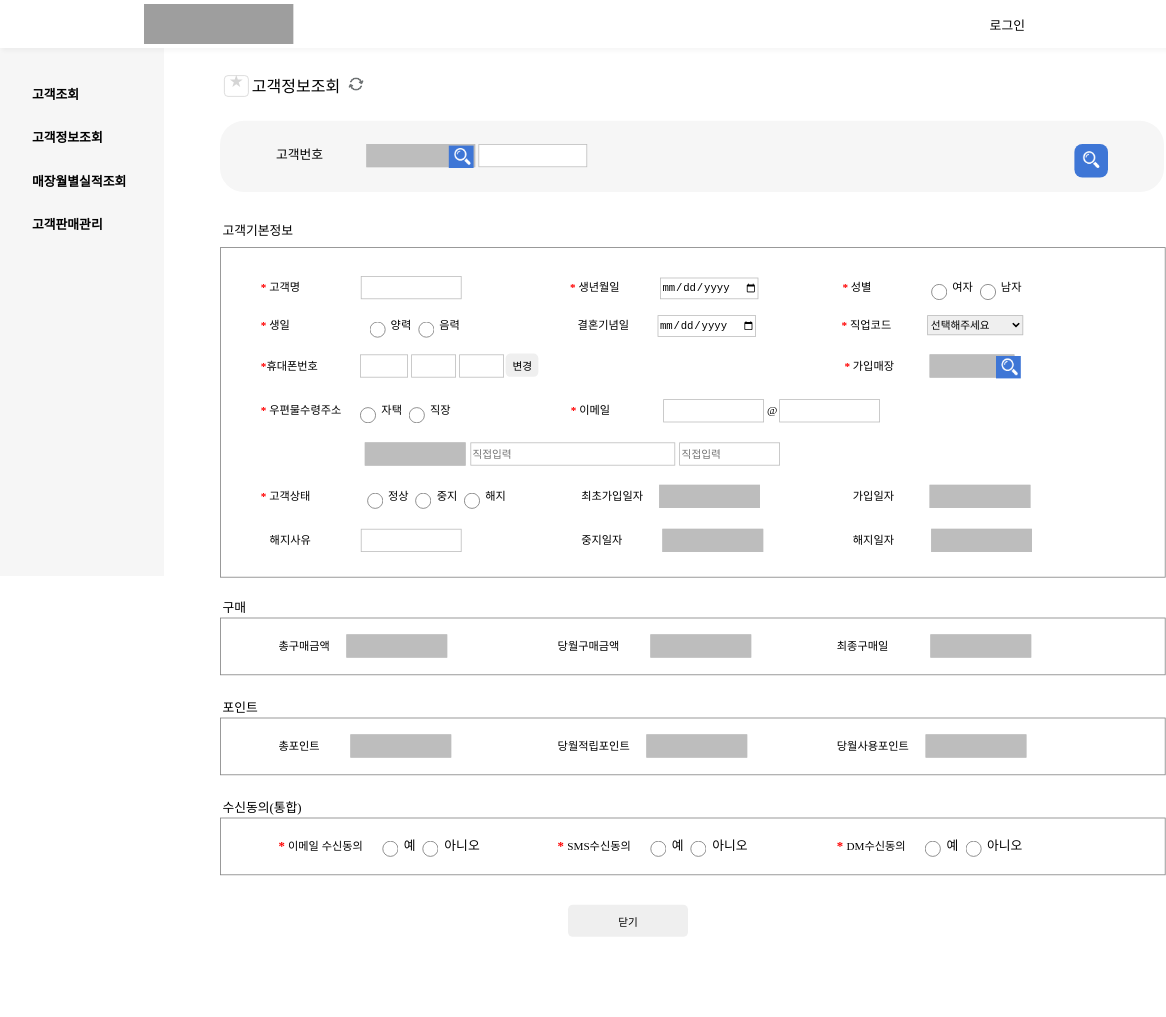
Repository: HyunyoungA/managementSystem
Page: http://localhost/DowellCommunity/WEB-INF/views/member/custInfo.jsp
The author's editor kept a copy of each file at every save. The page is drawn from the files as they stood at one save, then again after the next save.
The browser window is 1280 px wide. The page is 1457 px wide, so the pictures cover 1457 px, including what lies to the right of the window. The pictures show the whole page, at 80% of full size.
Pictures or frames that could not be fetched are drawn as grey boxes. The page is served by Tomcat 9. Nobody is signed in. Other server files are loaded and not shown. The template is opened directly, without the code that normally fills it, so the values that code supplies are empty.

Above is the page before, as saved 2022-10-27 07:02:24.

### DowellCommunity/src/main/webapp/resources/CSS/custInfo.css
@charset "UTF-8";

/* body여백 없애기 */
body{
	margin: 0;
	padding: 0;
}
.star{
	display: table-cell;
	vertical-align: middle;
	font-size: 21px;
	color: #D5D5D5;
	padding: 5px;
}
.starBox{
	border-radius: 5px;
	border: 1px solid;
	margin-left: 5px;
	width: 20px;
	height: 20px;
	display: inline;
	font-size: 23px;
	color: #D5D5D5;
}
.Title{
	font-size: 20px;
}
.Refresh{
	filter: opacity(0.5) drop-shadow(0 0 0 #B8C6CC);
	width: 20px;
	height: 20px;
}
.Wrap {
    margin-left: 190px;
    position: relative;
    padding: 85px 85px 35px 85px;
}
/* 상단검색박스 */
.SearchBox {
    border-radius: 30px;
    padding: 6px 40px 0;
    width: 1100px;
    margin: auto;
    height: 83px;
    background-color: #F6F6F6;
    margin-top: 30px;
}
#Search_but_sale{
	margin-left: 869px;
    margin-top: 1.5px;
    position: absolute;
    left: 376px;
    background-color: #3E76D6;
    border-style: none;
    width: 31px;
    height: 28px;
}
#Search_but_sale:hover{
	cursor: pointer;
}
#Search_but_cust {
	margin-left: -37px;
    position: absolute;
    background-color: #3E76D6;
    border-style: none;
    width: 31px;
    height: 28px;
    margin-top: 2px;
}
#Search_but_cust:hover{
	cursor: pointer;
}
.Text_space{
	margin-right: 50px;
}
.essential{
	color: red;
	font-weight: 700;
}
.Text_box{
	height: 25px;
	width: 130px;
	border: 1px solid #BDBDBD;
	background-color: white;
}
#saleMonth-list{
	height: 28px;
    width: 136px;
}
.Text_date{
	height: 25px;
	width: 90px;
	border: 1px solid #BDBDBD;
	background-color: white;
}
#wrap_s{
	margin-left: 122px;
}
/* 검색버튼 */
#Search_but{
	width: 42px;
	height: 42px;
	float: right;
	background-color: #3E76D6;
	border: none;
	border-radius: 10px;
	cursor: pointer;
}
#Search_but:hover{
	cursor: pointer;
}
.total_search{
	filter: brightness(0) invert(1);
	width: 30px;
	height: 21px;
	margin: 2px -4px;
}
.wrap_mg{
    padding: 23px 30px 20px 30px;
}
.radio_check{
	vertical-align: text-top;
	width: 20px;
	height: 20px;
}
.Text_space_s{
	margin-right: 10px;
}
/* 신규버튼 */
.new_registration{
    width: 100px;
    height: 30px;
    float: right;
    margin-right: 78px;
    margin-bottom: 20px;
    border-style: none;
    border-radius: 5px;
}
.new_registration:hover{
	cursor: pointer;
	background-color: #E61200;
	color: white;
}
#date{
	width: 90px;
}
/* 고객기본정보표 */
#sale-table {
	font-size: 14px;
	margin-bottom: 24px;
	margin-top: 10px;
    padding-top: 25px;
    display: block;
    border: 1px solid gray;
    width: 1180px;
    margin-left: 275px;
    height: 386px;
}
/* 구매표 */
#buy-table {
    margin-bottom: 27px;
    margin-top: 2px;
    display: block;
    border: 1px solid gray;
    width: 1180px;
    margin-left: 275px;
    height: 70px;
}
thead {
	display:block;
    width:100%;
}

table thead tr {
	display:table;
    table-layout:fixed;
    width:100%;
}

tbody {
	width: 100%;
	display: block;
    height: 18rem;
}

tbody tr {
    width: 100%;
	display: table;
    table-layout: fixed;
}

tbody th{
	background-color: gray;
}
table thead th{
    background-color: #E61200;
    color: white;
}
th, td {
	border: 1px solid #444444;
	background-color: white;

}
.CustNum{
	width: 120px;
}
.CustNum-td{
	width: 120px;
	background-color: white;
}
.CustDetail{
	width: 120px;
}
.CustDetail-td{
	width: 120px;
	background-color: white;
}
.dateDay{
    text-align: center;
	width: 80px;
}
.joinDate{
	text-align: center;
    width: 130px;
}
.SaleInfo{
	width: 110px;
}
.Cust{
	width: 140px;
}
.dateSum{
	position: sticky;
    width: 180px;
    min-width: 180px;
    max-width: 180px;
    right: 0;
}
#saleSum{
	background-color: white;
}
#SumFix{
	text-align: center;
	position: sticky;
	left: 166px;
	background-color: white;
}
.main {
	padding-top:34px;
}
.box {
	width: 600px;
	height: 150px;
	overflow-y: scroll;
}
tr.title {
	margin: -33px 0px 0px -1px;
	width: 600px;
	display: table;
	position: absolute;
	background-color: #5dcafc;
}
th, td {
	padding: 6px;
}

table{
	font-size: 15px;
}
tbody {
	font-size: 13px;
}
#saleCode{
	background-color: #BDBDBD;
}
#reload{
	background-color: white;
	border: none;
}
/* 매장조회 팝업창 */
#light_shop{
	text-align: center;
	margin: 0 auto;
	font-size: 14px;
}
.CustCheck_Wrap_shop{
	height: 65px;
    background: #F6F6F6;
    padding: 15px;
}
.white_content_shop{
	display: none;
    position: absolute;
    top: 45%;
    left: 22%;
    width: 750px;
    height: 472px;
    padding: 16px;
    border: 1px solid #BDBDBD;
    background-color: white;
    z-index: 1002;
    overflow: auto;
    border-radius: 1.5rem;
}
.Cust_popup_table{
    border: 1px solid gray;
	height: 250px;
    border-collapse: collapse;
    width: 100%;
    display: block;
    height: 16rem;
}
.Cust_popup_table thead {
    table-layout: fixed;
/*     display: block; */
    width: 100%;
    height: 32px;
}
#searchPopup{
    overflow: auto;
}
#searchPopup {
	width: 100%;
	display: block;
    height: 14rem;
}
.Check_Box{
    width: 60px;
    position: sticky;
    top: 0px;
/*     background-color: #E61200 !important; */
    color: white;
}
.black_overlay{
	display: none;
    position: absolute;
    top: 0%;
    left: -15%;
    width: 115%;
    height: 224%;
    background-color: rgba(0, 0, 0, 0.4);
    z-index: 1001;
    -moz-opacity: 0.8;
    opacity: .80;
    filter: alpha(opacity=80);
}
.popupBut{
    border-style: none;
    border-radius: 6px;
    margin: 10px;
    width: 150px;
    height: 40px;
}
.CustCheck_Info {
    width: 190px;
    height: 34px;
    border: 1px solid #A6A6A6;
}
th, td {
	border: 1px solid #444444;
	background-color: white;

}
#dataSumTitle{
	text-align: center;
}
#title{
	margin-left: 278px;
	font-size: 16px;
}
.inputBox{
    border: 1px solid #BDBDBD;
    width: 120px;
    height: 25px;
	margin-left: 2px;
}
.loginInputBox{
	border: 1px solid #BDBDBD;
    width: 100px;
    height: 25px;
}
.phoneinputBox{
	margin: 2px;
    border: 1px solid #BDBDBD;
    width: 50px;
    height: 25px;
}
.custNameWrap{
    width: 273px;
    display: inline-block;
	margin: 10px 50px 10px 50px;
}
.custCauseWrap{
    width: 273px;
    display: inline-block;
    margin: 10px 61px;
}
.custDateWrap{
    width: 273px;
    display: inline-block;
	margin: 10px 50px 10px 60px;
}
.custNameWrapR{
    padding-left: 14px;
	width: 253px;
    display: inline-block;
}
.custShopWrap{
    width: 350px;
    display: inline-block;
    margin-bottom: 20px;
}
.textWrap{
	margin-right: 15px;
	font-size: 14px;
}
.custPhoneWrap{
	height: 50px;
    width: 428px;
    display: -webkit-inline-box;
    margin: 10px 50px 0px 50px;
}
.custAddressWrap{
	width: 553px;
    margin: 14px 203px 0px 178px;
    height: 27px;
}
.custEmailWrap {
    width: 405px;
    display: inline-block;
    margin: 0 25px;
}
.custAddressTextWrap {
    width: 309px;
    display: inline-block;
    margin: 10px 50px;
}
.custStateWrap {
    width: 363px;
    display: inline-block;
    margin: 10px 24px 10px 50px;
}
.firstJoinWrap {
	width: 293px;
    display: inline-block;
    margin: 10px 10px;
}
.joinWrap{
    width: 244px;
    display: inline-block;
	margin: 10px 12px 0px 33px;
}
.stopWrap{
    width: 244px;
    display: inline-block;
	margin: 15px 0px 0 52px;
}
.exWrap{
    width: 244px;
    display: inline-block;
    margin: 10px 60px 0 92px;
}
#custScalY{
    margin-left: 81px;
}
.custScalWrap{
    width: 290px;
    display: inline-block;
    margin: 10px 42px 0 50px;
}
#custStateY{
    margin-left: 52px;
}
#custSexId{
    margin-left: 56px;
}
#custNameId{
	background-color: #BDBDBD;
	text-align: right;
}
#custNameId2{
 	margin-left: 57px;
}
#custEmailId{
    margin-left: 48px;
}
#custDateBox{
	margin-left: 32px;
}
#custMarryBox{
    margin-left: 17px;
}
#jobCode{
	margin-left: 26px;
}
#custJoinBox{
	margin-left: 26px;
}
#causeBox{
    margin-left: 44px;
}
#stopBox{
    margin-left: 31px;
}
#cancelBox{
    margin-left: 28px;
}
.buyWrap{
    width: 325px;
    display: inline-block;
    margin: 20px 10px;
}
#close{
	margin-left: 710px;
	margin-bottom: 100px;
}
.popupBut:hover {
	background-color: black;
	color: white;
	cursor: pointer;
}
#phoneBut {
	border-style: none;
	border-radius: 6px;
	width: 41px;
	height: 29px;
}
#phoneBut:hover {
	background-color: black;
	color: white;
	cursor: pointer;
}
#custInput{
	background-color: #BDBDBD;
}
#buyId{
	margin-left: 20px;
	background-color: #BDBDBD;
	text-align: right;
}
#buyDate{
	margin-left: 34px;
	background-color: #BDBDBD;
}
#TotalePnt{
	margin-left: 72px;
}
#TotalePnt1{
	margin-left: 19px;
	background-color: #BDBDBD;
	text-align: right;
}
#MonPnt{
	background-color: #BDBDBD;
	text-align: right;
}
#MonUsPnt{
	background-color: #BDBDBD;
	text-align: right;
}

Loaded but not shown: DowellCommunity/src/main/webapp/resources/js/saleScript.js (76 lines, source omitted); DowellCommunity/src/main/webapp/resources/js/custScript.js (78 lines, source omitted); DowellCommunity/src/main/webapp/WEB-INF/views/common/navbar.jsp (115 lines, source omitted); DowellCommunity/src/main/webapp/WEB-INF/views/common/sidebar.jsp (43 lines, source omitted); DowellCommunity/src/main/webapp/WEB-INF/views/member/custInfo.jsp (1304 lines, source omitted)

After the next save:
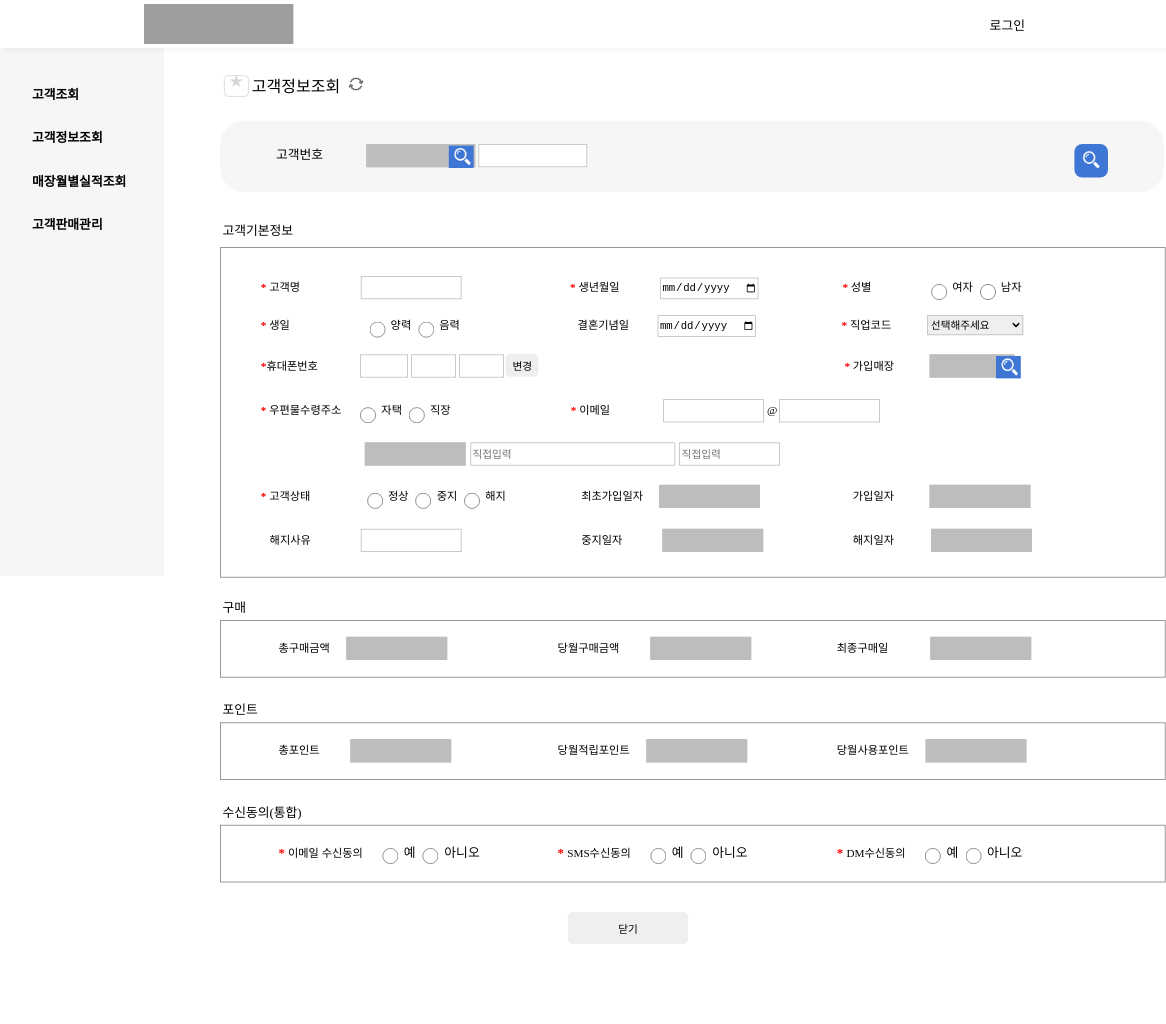
Saved 69 s later.
--- a/DowellCommunity/src/main/webapp/resources/CSS/custInfo.css
+++ b/DowellCommunity/src/main/webapp/resources/CSS/custInfo.css
@@ -159,7 +159,7 @@ body{
 /* 구매표 */
 #buy-table {
     margin-bottom: 27px;
-    margin-top: 2px;
+    margin-top: 5px;
     display: block;
     border: 1px solid gray;
     width: 1180px;
